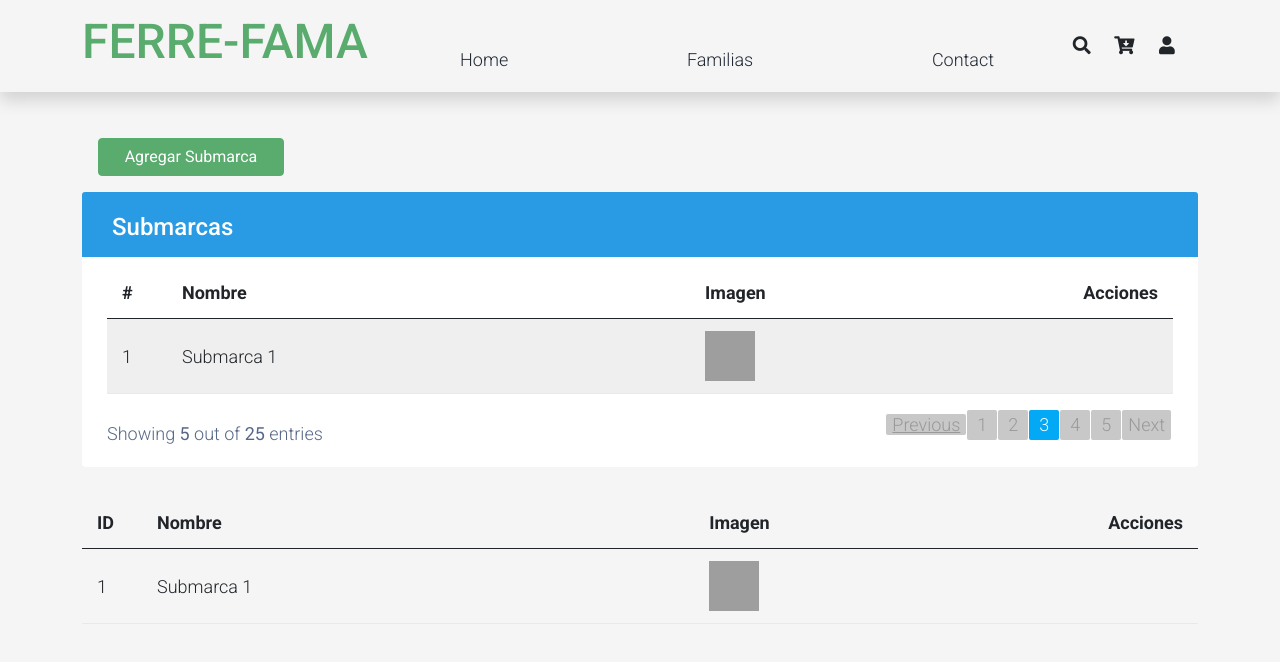
Repository: Yaqode/front-fama
Page: http://localhost/multimedia/Views/marcas.php
An editor plug-in stored every save of this project. The page is shown before and after a run of saves, followed by the edit.
The browser window is 1280 px wide. The pictures show the whole page.
Pictures or frames that could not be fetched are drawn as grey boxes. The page is run by PHP 8.4 with error messages shown; the project is at /var/www/html/.

Above is the page before, as saved 2023-12-07 11:41:24.

### Views/marcas.php
<!DOCTYPE html>
<html lang="es">

<head>
    <meta charset="UTF-8">
    <meta name="viewport" content="width=device-width, initial-scale=1.0">
    <title>Marcas</title>
    <link rel="apple-touch-icon" href="img/apple-icon.png">
    <link rel="shortcut icon" type="image/x-icon" href="img/favicon.ico">
    <link rel="stylesheet" href="./../css/bootstrap.min.css">
    <link rel="stylesheet" href="./../css/templatemo.css">
    <link rel="stylesheet" href="./../css/style.css">
    <!-- Load fonts style after rendering the layout styles -->
    <link rel="stylesheet"
        href="https://fonts.googleapis.com/css2?family=Roboto:wght@100;200;300;400;500;700;900&display=swap">
    <link rel="stylesheet" href="./../css/fontawesome.min.css">

</head>

<style>
    body {
        color: #566787;
        background: #f5f5f5;
        font-family: 'Varela Round', sans-serif;
        font-size: 13px;
    }
    .table-responsive {
        margin: 30px 0;
    }
    .table-wrapper {
        min-width: 1000px;
        background: #fff;
        padding: 20px 25px;
        border-radius: 3px;
        box-shadow: 0 1px 1px rgba(0,0,0,.05);
    }
    .table-title {
        padding-bottom: 15px;
        background: #299be4;
        color: #fff;
        padding: 16px 30px;
        margin: -20px -25px 10px;
        border-radius: 3px 3px 0 0;
    }
    .table-title h2 {
        margin: 5px 0 0;
        font-size: 24px;
    }
    .table-title .btn {
        color: #566787;
        float: right;
        font-size: 13px;
        background: #fff;
        border: none;
        min-width: 50px;
        border-radius: 2px;
        border: none;
        outline: none !important;
        margin-left: 10px;
    }
    .table-title .btn:hover, .table-title .btn:focus {
        color: #566787;
        background: #f2f2f2;
    }
    .table-title .btn i {
        float: left;
        font-size: 21px;
        margin-right: 5px;
    }
    .table-title .btn span {
        float: left;
        margin-top: 2px;
    }
    table.table tr th, table.table tr td {
        border-color: #e9e9e9;
        padding: 12px 15px;
        vertical-align: middle;
    }
    table.table tr th:first-child {
        width: 60px;
    }
    table.table tr th:last-child {
        width: 100px;
    }
    table.table-striped tbody tr:nth-of-type(odd) {
        background-color: #fcfcfc;
    }
    table.table-striped.table-hover tbody tr:hover {
        background: #f5f5f5;
    }
    table.table th i {
        font-size: 13px;
        margin: 0 5px;
        cursor: pointer;
    }
    table.table td:last-child i {
        opacity: 0.9;
        font-size: 22px;
        margin: 0 5px;
    }
    table.table td a {
        font-weight: bold;
        color: #566787;
        display: inline-block;
        text-decoration: none;
    }
    table.table td a:hover {
        color: #2196F3;
    }
    table.table td a.settings {
        color: #2196F3;
    }
    table.table td a.delete {
        color: #F44336;
    }
    table.table td i {
        font-size: 19px;
    }
    table.table .avatar {
        border-radius: 50%;
        vertical-align: middle;
        margin-right: 10px;
    }
    .status {
        font-size: 30px;
        margin: 2px 2px 0 0;
        display: inline-block;
        vertical-align: middle;
        line-height: 10px;
    }
    .text-success {
        color: #10c469;
    }
    .text-info {
        color: #62c9e8;
    }
    .text-warning {
        color: #FFC107;
    }
    .text-danger {
        color: #ff5b5b;
    }
    .pagination {
        float: right;
        margin: 0 0 5px;
    }
    .pagination li a {
        border: none;
        font-size: 13px;
        min-width: 30px;
        min-height: 30px;
        color: #999;
        margin: 0 2px;
        line-height: 30px;
        border-radius: 2px !important;
        text-align: center;
        padding: 0 6px;
    }
    .pagination li a:hover {
        color: #666;
    }
    .pagination li.active a, .pagination li.active a.page-link {
        background: #03A9F4;
    }
    .pagination li.active a:hover {
        background: #0397d6;
    }
    .pagination li.disabled i {
        color: #ccc;
    }
    .pagination li i {
        font-size: 16px;
        padding-top: 6px
    }
    .hint-text {
        float: left;
        margin-top: 10px;
        font-size: 13px;
    }
</style>

<!-- Header -->
<nav class="navbar navbar-expand-lg navbar-light shadow">
    <div class="container d-flex justify-content-between align-items-center">

        <a class="navbar-brand text-success logo h1 align-self-center" href="index.html">
            FERRE-FAMA
        </a>

        <button class="navbar-toggler border-0" type="button" data-bs-toggle="collapse"
            data-bs-target="#templatemo_main_nav" aria-controls="navbarSupportedContent" aria-expanded="false"
            aria-label="Toggle navigation">
            <span class="navbar-toggler-icon"></span>
        </button>

        <div class="align-self-center collapse navbar-collapse flex-fill  d-lg-flex justify-content-lg-between"
            id="templatemo_main_nav">
            <div class="flex-fill">
                <ul class="nav navbar-nav d-flex justify-content-between mx-lg-auto">
                    <li class="nav-item">
                        <a class="nav-link" href="">Home</a>
                    </li>
                    <li class="nav-item">
                        <a class="nav-link" href="">Familias</a>
                    </li>
                    <li class="nav-item">
                        <a class="nav-link" href="">Contact</a>
                    </li>
                </ul>
            </div>
            <div class="navbar align-self-center d-flex">
                <div class="d-lg-none flex-sm-fill mt-3 mb-4 col-7 col-sm-auto pr-3">
                    <div class="input-group">
                        <input type="text" class="form-control" id="inputMobileSearch" placeholder="Search ...">
                        <div class="input-group-text">
                            <i class="fa fa-fw fa-search"></i>
                        </div>
                    </div>
                </div>
                <a class="nav-icon d-none d-lg-inline" href="#" data-bs-toggle="modal"
                    data-bs-target="#templatemo_search">
                    <i class="fa fa-fw fa-search text-dark mr-2"></i>
                </a>
                <a class="nav-icon position-relative text-decoration-none" href="">
                    <i class="fa fa-fw fa-cart-arrow-down text-dark mr-1"></i>
                    <span
                        class="position-absolute top-0 left-100 translate-middle badge rounded-pill bg-light text-dark"></span>
                </a>
                <a class="nav-icon position-relative text-decoration-none" href="Views/login.php">
                    <i class="fa fa-fw fa-user text-dark mr-3"></i>
                    <span
                        class="position-absolute top-0 left-100 translate-middle badge rounded-pill bg-light text-dark"></span>
                </a>
            </div>
        </div>

    </div>
</nav>
<!-- Close Header -->


<div class="container-xl">
    <div class="table-responsive">
        <!-- Botón para abrir el modal de agregar submarca -->
        <button type="button" class="btn btn-success text-white mt-4 col-2 m-sm-3" data-bs-toggle="modal"
                data-bs-target="#modalSubmarca">
                Agregar Submarca
            </button>
        <div class="table-wrapper">
            <div class="table-title">
                <div class="row">
                    <div class="col-sm-7">
                        <h2>Submarcas</h2>
                    </div>
                </div>
            </div>
            <table class="table table-striped table-hover">
                <thead>
                    <tr>
                        <th>#</th>
                        <th>Nombre</th>
                        <th>Imagen</th>
                        <th>Acciones</th>
                    </tr>
                </thead>
                <tbody>
                    <tr>
                        <td>1</td>
                        <td>Submarca 1</td>
                        <!-- La columna de la imagen puede contener una etiqueta img -->
                        <td><img src="ruta_de_la_imagen/submarca1.jpg" alt="" style="width: 50px; height: 50px;"></td>
                        <td>

                    </tr>

                </tbody>
            </table>
            <div class="clearfix">
                <div class="hint-text">Showing <b>5</b> out of <b>25</b> entries</div>
                <ul class="pagination">
                    <li class="page-item disabled"><a href="#">Previous</a></li>
                    <li class="page-item"><a href="#" class="page-link">1</a></li>
                    <li class="page-item"><a href="#" class="page-link">2</a></li>
                    <li class="page-item active"><a href="#" class="page-link">3</a></li>
                    <li class="page-item"><a href="#" class="page-link">4</a></li>
                    <li class="page-item"><a href="#" class="page-link">5</a></li>
                    <li class="page-item"><a href="#" class="page-link">Next</a></li>
                </ul>
            </div>
        </div>
    </div>
</div>


<div class="container">
        <!-- Tabla para mostrar las submarcas -->
    <table class="table">
        <thead>
            <tr>
                <th>ID</th>
                <th>Nombre</th>
                <th>Imagen</th>
                <th>Acciones</th>
            </tr>
        </thead>
        <tbody>
            <!-- Aquí se agregarán las filas de submarcas dinámicamente desde el servidor -->
            <tr>
                <td>1</td>
                <td>Submarca 1</td>
                <!-- La columna de la imagen puede contener una etiqueta img -->
                <td><img src="ruta_de_la_imagen/submarca1.jpg" alt="" style="width: 50px; height: 50px;"></td>
                <td>

                </td>
            </tr>
        </tbody>
    </table>
</div>

<!-- Modal para agregar submarca -->
<div class="modal fade" id="modalSubmarca" tabindex="-1" aria-labelledby="exampleModalLabel" aria-hidden="true">
    <div class="modal-dialog modal-lg">
        <div class="modal-content">
            <div class="modal-header">
                <h1 class="modal-title fs-5" id="exampleModalLabel">Agregar Submarca</h1>
                <button type="button" class="btn-close" data-bs-dismiss="modal" aria-label="Close"></button>
            </div>
            <div class="modal-body">
                <!-- Formulario para agregar submarca -->
                <form id="submarcaForm">
                    <div class="mb-3 d-flex justify-content-center align-items-center">
                        <label for="marcaSelect" class="form-label me-3">Marca:</label>
                        <select class="form-select me-3" id="marcaSelect" required>
                            <option value="marca1">Marca 1</option>
                            <option value="marca2">Marca 2</option>
                            <!-- Agrega más opciones según sea necesario -->
                        </select>
                        <button type="button" class="btn btn-success" data-bs-toggle="modal"
                            data-bs-target="#modalAgregarMarca">
                            Agregar Modal Marca
                        </button>
                    </div>
                    <div class="mb-3">
                        <label for="submarcaInput" class="form-label">Nombre de la Submarca:</label>
                        <input type="text" class="form-control" id="submarcaInput" required>
                    </div>
                    <div class="mb-3">
                        <label for="logoInput" class="form-label">Agregar Logo:</label>
                        <input type="file" class="form-control" id="logoInput" accept="image/*">
                    </div>
                </form>
            </div>
            <div class="modal-footer">
                <button type="button" class="btn btn-secondary" data-bs-dismiss="modal">Cerrar</button>
                <button type="button" class="btn btn-primary" onclick="guardarSubmarca()">Guardar</button>
            </div>
        </div>
    </div>
</div>

<!-- Modal para editar submarca -->
<div class="modal fade" id="modalEditarSubmarca" tabindex="-1" role="dialog" aria-labelledby="modalEditarSubmarcaLabel"
    aria-hidden="true">
    <div class="modal-dialog modal-lg">
        <div class="modal-content">
            <div class="modal-header">
                <h1 class="modal-title fs-5" id="exampleModalLabel">Agregar Submarca</h1>
                <button type="button" class="btn-close" data-bs-dismiss="modal" aria-label="Close"></button>
            </div>
            <div class="modal-body">
                <!-- Formulario para agregar submarca -->
                <form id="submarcaForm">
                    <div class="mb-3 d-flex justify-content-center align-items-center">
                        <label for="marcaSelect" class="form-label me-3">Marca:</label>
                        <select class="form-select me-3" id="marcaSelect" required>
                            <option value="marca1">Marca 1</option>
                            <option value="marca2">Marca 2</option>
                            <!-- Agrega más opciones según sea necesario -->
                        </select>
                        <button type="button" class="btn btn-success" data-bs-toggle="modal"
                            data-bs-target="#modalAgregarMarca">
                            Agregar Modal Marca
                        </button>
                    </div>
                    <div class="mb-3">
                        <label for="submarcaInput" class="form-label">Nombre de la Submarca:</label>
                        <input type="text" class="form-control" id="submarcaInput" required>
                    </div>
                    <div class="mb-3">
                        <label for="logoInput" class="form-label">Agregar Logo:</label>
                        <input type="file" class="form-control" id="logoInput" accept="image/*">
                    </div>
                </form>
            </div>
            <div class="modal-footer">
                <button type="button" class="btn btn-secondary" data-bs-dismiss="modal">Cerrar</button>
                <button type="button" class="btn btn-primary" onclick="guardarSubmarca()">Guardar</button>
            </div>
        </div>
    </div>
</div>

<!-- Modal para eliminar submarca -->
<div class="modal fade" id="modalEliminarSubmarca" tabindex="-1" role="dialog"
    aria-labelledby="modalEliminarSubmarcaLabel" aria-hidden="true">
    <!-- Contenido del modal aquí -->
</div>





<!-- Agrega los enlaces a Bootstrap JS y Popper.js -->
<script src="./../js/jquery-1.11.0.min.js"></scrip>
<script src="./../js/jquery-migrate-1.2.1.min.js"></script>
<script src="./../js/bootstrap.bundle.min.js"></script>
<script src="./../js/templatemo.js"></script>
<script src="./../js/custom.js"></script>


</body>

</html>

### css/templatemo.css
/*

TemplateMo 559 Zay Shop

https://templatemo.com/tm-559-zay-shop

---------------------------------------------
Table of contents
------------------------------------------------
1. Typography
2. General
3. Nav
4. Hero Carousel
5. Accordion
6. Shop
7. Product
8. Carousel Hero
9. Carousel Brand
10. Services
11. Contact map
12. Footer
13. Small devices (landscape phones, 576px and up)
14. Medium devices (tablets, 768px and up)
15. Large devices (desktops, 992px and up)
16. Extra large devices (large desktops, 1200px and up)
--------------------------------------------- */




/* Typography */
body, ul, li, p, a, label, input, div {
  font-family: 'Roboto', sans-serif;
  font-size: 18px !important;
  font-weight: 300 !important;
}
.h1 {
  font-family: 'Roboto', sans-serif;
  font-size: 48px !important;
  font-weight: 200 !important;
}
.h2 {
  font-family: 'Roboto', sans-serif;
  font-size: 30px !important;
  font-weight: 300;
}
.h3 {
  font-family: 'Roboto', sans-serif;
  font-size: 22px !important;
}
/* General */
.logo { font-weight: 500 !important;}
.text-warning {  color: #ede861 !important;}
.text-muted { color: #bcbcbc !important;}
.text-success { color: #59ab6e !important;}
.text-light { color: #cfd6e1 !important;}
.bg-dark { background-color: #212934 !important;}
.bg-light { background-color: #e9eef5 !important;}
.bg-black { background-color: #1d242d !important;}
.bg-success { background-color: #59ab6e !important;}
.btn-success {
  background-color: #59ab6e !important;
  border-color: #56ae6c !important;
}
.pagination .page-link:hover {color: #000;}
.pagination .page-link:hover, .pagination .page-link.active {
  background-color: #69bb7e;
  color: #fff;
}
/* Nav */
#templatemo_nav_top { min-height: 40px;}
#templatemo_nav_top * { font-size: .9em !important;}
#templatemo_main_nav a { color: #212934;}
#templatemo_main_nav a:hover { color: #69bb7e;}
#templatemo_main_nav .navbar .nav-icon { margin-right: 20px;}

/* Hero Carousel */
#template-mo-zay-hero-carousel { background: #efefef !important;}
/* Accordion */
.templatemo-accordion a { color: #000;}
.templatemo-accordion a:hover { color: #333d4a;}
/* Shop */
.shop-top-menu a:hover { color: #69bb7e !important;}
/* Product */
.product-wap { box-shadow: 0px 5px 10px 0px rgba(0, 0, 0, 0.10);}
.product-wap .product-color-dot.color-dot-red { background:#f71515;}
.product-wap .product-color-dot.color-dot-blue { background:#6db4fe;}
.product-wap .product-color-dot.color-dot-black { background:#000000;}
.product-wap .product-color-dot.color-dot-light { background:#e0e0e0;}
.product-wap .product-color-dot.color-dot-green { background:#0bff7e;}
.card.product-wap .card .product-overlay {
  background: rgba(0,0,0,.2);
  visibility: hidden;
  opacity: 0;
  transition: .3s;
}
.card.product-wap:hover .card .product-overlay {
  visibility: visible;
  opacity: 1;
}
.card.product-wap a { color: #000;}
#carousel-related-product .slick-slide:focus { outline: none !important;}
#carousel-related-product .slick-dots li button:before {
  font-size: 15px;
  margin-top: 20px;
}
/* Brand */
.brand-img {
  filter: grayscale(100%);
  opacity: 0.5;
  transition: .5s;
}
.brand-img:hover {
  filter: grayscale(0%);
  opacity: 1;
}
/* Carousel Hero */
#template-mo-zay-hero-carousel .carousel-indicators li {
  margin-top: -50px;
  background-color: #59ab6e;
}
#template-mo-zay-hero-carousel .carousel-control-next i,
#template-mo-zay-hero-carousel .carousel-control-prev i {
  color: #59ab6e !important;
  font-size: 2.8em !important;
}
/* Carousel Brand */
.tempaltemo-carousel .h1 {
  font-size: .5em !important;
  color: #000 !important;
}
/* Services */
.services-icon-wap {transition: .3s;}
.services-icon-wap:hover, .services-icon-wap:hover i {color: #fff;}
.services-icon-wap:hover {background: #69bb7e;}
/* Contact map */
.leaflet-control a, .leaflet-control { font-size: 10px !important;}
.form-control { border: 1px solid #e8e8e8;}
/* Footer */
#tempaltemo_footer a { color: #dcdde1;}
#tempaltemo_footer a:hover { color: #68bb7d;}
#tempaltemo_footer ul.footer-link-list li { padding-top: 10px;}
#tempaltemo_footer ul.footer-icons li {
  width: 2.6em;
  height: 2.6em;
  line-height: 2.6em;
}
#tempaltemo_footer ul.footer-icons li:hover {
  background-color: #cfd6e1;
  transition: .5s;
}
#tempaltemo_footer ul.footer-icons li:hover i {
  color: #212934;
  transition: .5s;
}
#tempaltemo_footer .border-light { border-color: #2d343f !important;}
/*
// Extra small devices (portrait phones, less than 576px)
// No media query since this is the default in Bootstrap
*/
/* Small devices (landscape phones, 576px and up)*/
.product-wap .h3, .product-wap li, .product-wap i, .product-wap p {
  font-size: 12px !important;
}
.product-wap .product-color-dot {
  width: 6px;
  height: 6px;
}

@media (min-width: 576px) {
  .tempaltemo-carousel .h1 { font-size: 1em !important;}
}

/*// Medium devices (tablets, 768px and up)*/
@media (min-width: 768px) {
  #templatemo_main_nav .navbar-nav {max-width: 450px;}
 }

/* Large devices (desktops, 992px and up)*/
@media (min-width: 992px) {
  #templatemo_main_nav .navbar-nav {max-width: 550px;}
  #template-mo-zay-hero-carousel .carousel-item {min-height: 30rem !important;}
  .product-wap .h3, .product-wap li, .product-wap i, .product-wap p {font-size: 18px !important;}
  .product-wap .product-color-dot {
    width: 12px;
    height: 12px;
  }
}

/* Extra large devices (large desktops, 1200px and up)*/
@media (min-width: 1200px) {}

Loaded but not shown: css/bootstrap.min.css (library); css/fontawesome.min.css (library); js/jquery-1.11.0.min.js (library); js/bootstrap.bundle.min.js (library); js/templatemo.js (57 lines, source omitted); css/style.css (1719 lines, source omitted); multimedia/js/custom.js (no stored copy; drawn as an empty file)

After the next 3 saves:
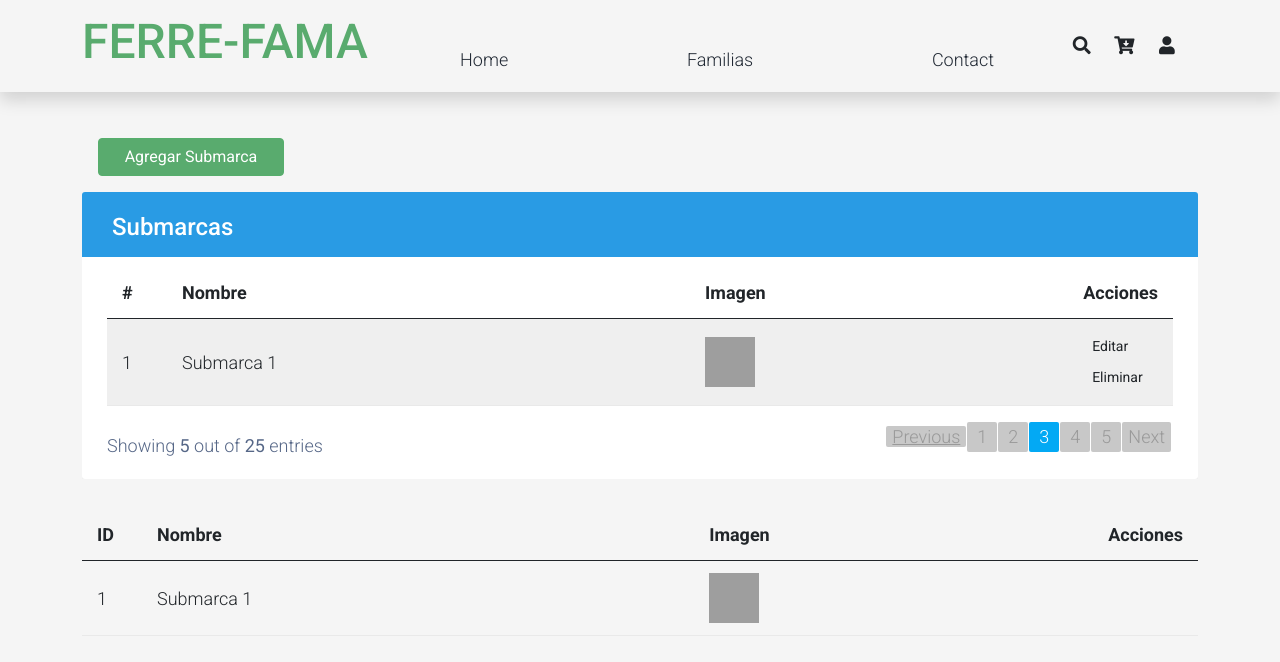
The 3 saves are shown as one change because they came seconds apart.
The last was saved 11 s later.
--- a/Views/marcas.php
+++ b/Views/marcas.php
@@ -270,7 +270,15 @@
                         <!-- La columna de la imagen puede contener una etiqueta img -->
                         <td><img src="ruta_de_la_imagen/submarca1.jpg" alt="" style="width: 50px; height: 50px;"></td>
                         <td>
-
+                            <!-- Botones para editar y eliminar cada submarca -->
+                    <button type="button" class="btn btn-editar btn-sm" data-toggle="modal"
+                        data-target="#modalEditarSubmarca">
+                        Editar
+                    </button>
+                    <button type="button" class="btn btn-eliminar btn-sm" data-toggle="modal"
+                        data-target="#modalEliminarSubmarca">
+                        Eliminar
+                    </button>
                     </tr>
 
                 </tbody>
